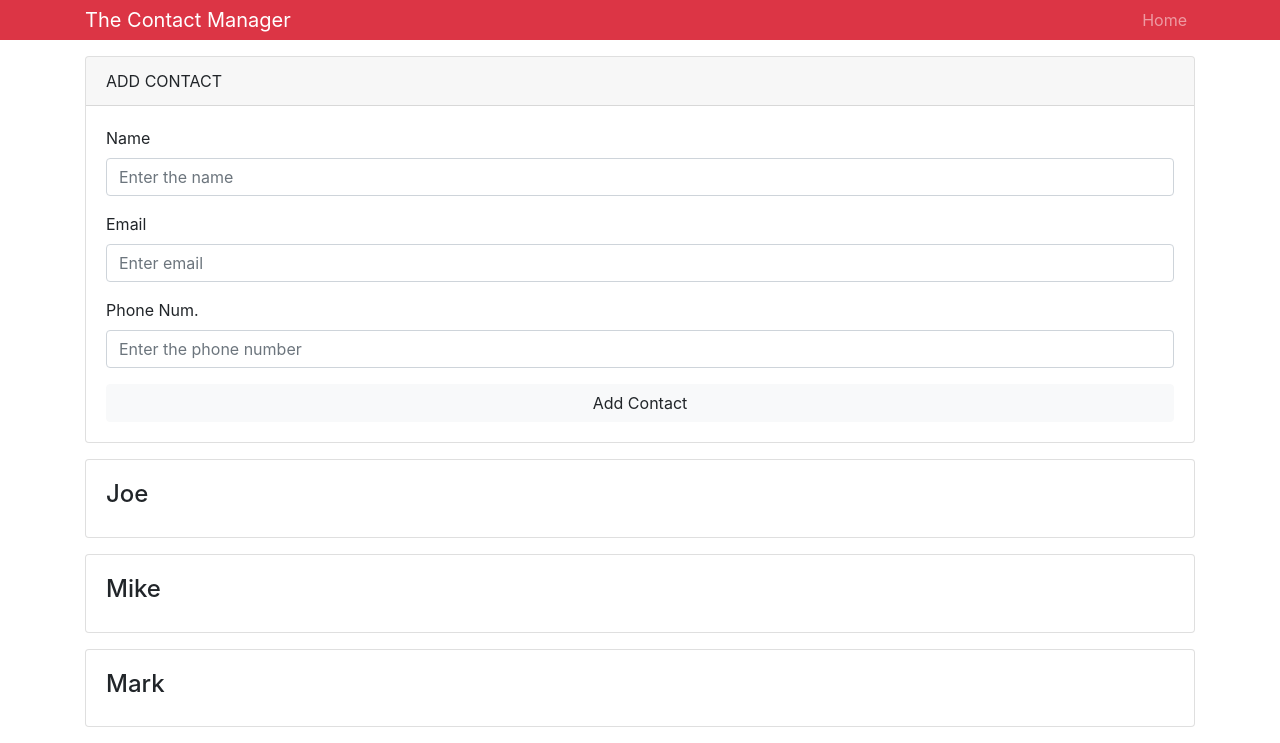
Repository: MikeTroianello/Contact-Manager
Page: /about
The author's editor kept a copy of each file at every save. The page is drawn from the files as they stood at one save, then again after the next save.
The browser window is 1280 px wide. The pictures show the whole page.
The project was rebuilt for these pictures with package versions that can differ from the ones it lists, and the page was loaded fresh each time. Also part of the build but not shown: src/App.css.

Above is the page before, as saved 2019-05-21 17:08:37.

After the next save:
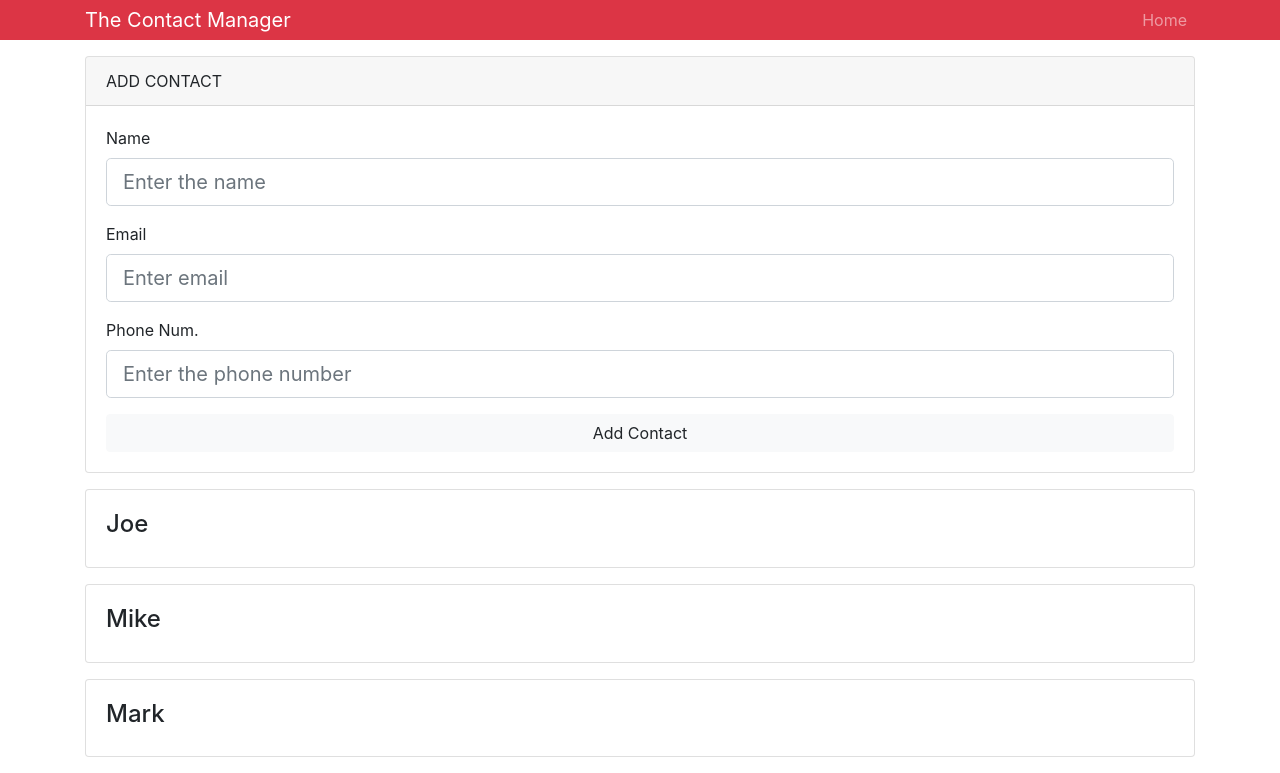
Saved 2 min 30 s later.
--- a/src/components/layout/TextInputGroup.js
+++ b/src/components/layout/TextInputGroup.js
@@ -1,5 +1,6 @@
 import React from "react";
 import PropTypes from "prop-types";
+import classnames from "classnames";
 
 const TextInputGroup = ({
   label,
@@ -16,7 +17,7 @@ const TextInputGroup = ({
       <input
         type={type}
         name={name}
-        className="form-control lg"
+        className={classnames("form-control form-control-lg")}
         placeholder={placeholder}
         value={value}
         onChange={onChange}
